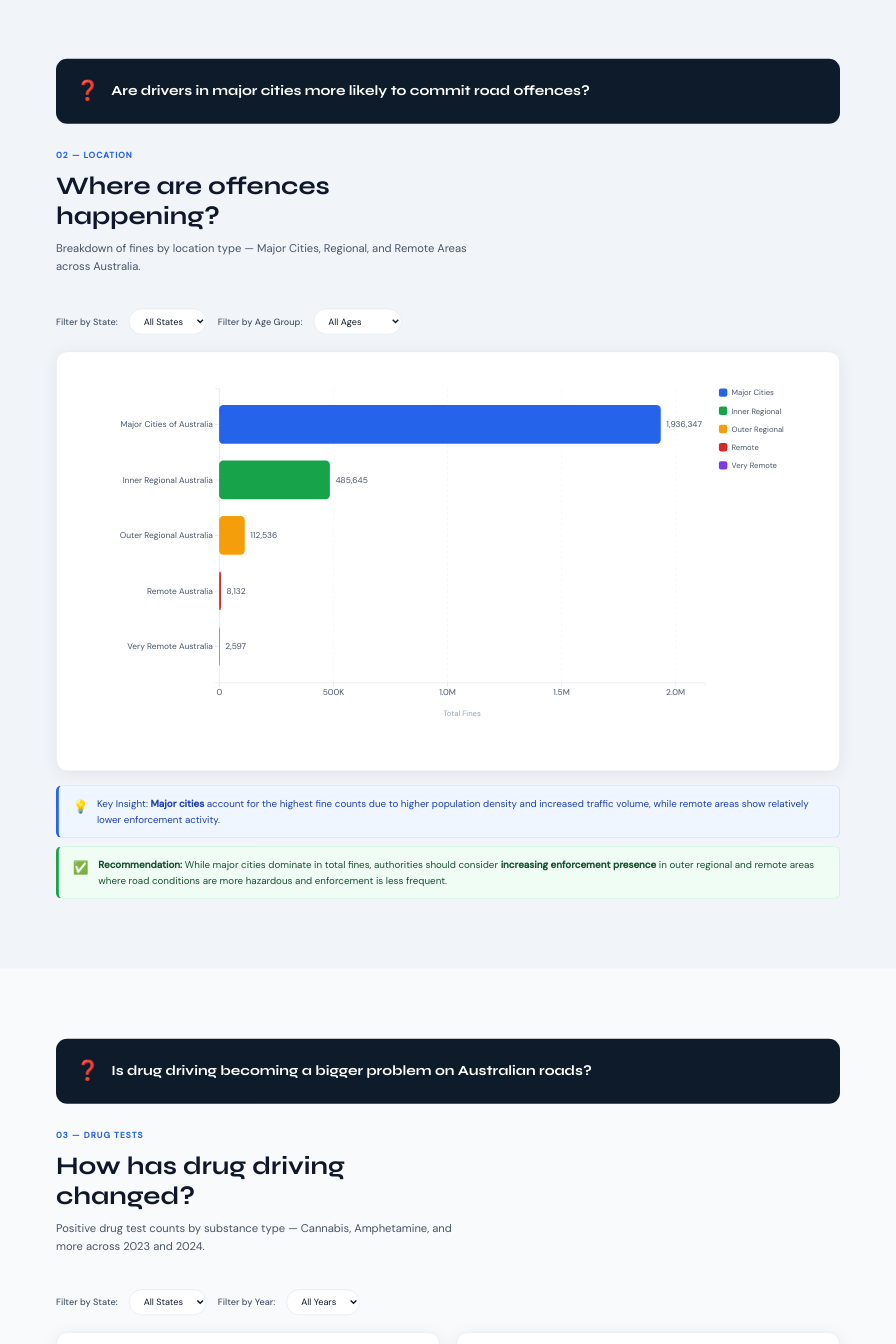
Repository: j26046183-hue/COS30045-GROUP-ASSIGNMENT
Page: index.html
The author's editor kept a copy of each file at every save. The page is drawn from the files as they stood at one save, then again after the next save.
The browser window is 1280 px wide. The pictures show the part of the page from y = 2217 to 4137 px (the page is 6620 px tall before and 6521 px after), at 70% of full size.

Above is the page before, as saved 2026-06-04 22:44:42.

### index.html
<!DOCTYPE html>
<html lang="en">
<head>
    <meta charset="UTF-8">
    <meta name="viewport" content="width=device-width, initial-scale=1.0">
    <title>Australian Road Safety Enforcement</title>
    <link href="https://fonts.googleapis.com/css2?family=Syne:wght@400;600;700;800&family=DM+Sans:wght@300;400;500&display=swap" rel="stylesheet">
    <script src="https://d3js.org/d3.v7.min.js"></script>
    <link rel="stylesheet" href="css/style.css">
</head>
<body>

    <!-- NAVBAR -->
    <nav id="navbar">
        <div class="nav-brand">
            <span class="brand-dot"></span>
            Police Enforcement
        </div>
        <ul class="nav-links">
            <li><a href="#intro">Home</a></li>
            <li><a href="#age-group">Age Group</a></li>
            <li><a href="#location">Location</a></li>
            <li><a href="#drug-tests">Drug Tests</a></li>
            <li><a href="#state">By State</a></li>
        </ul>
    </nav>

    <!-- SECTION 1 - HERO -->
    <section id="intro">
        <div class="hero-bg-grid"></div>
        <div class="hero-content">
            <div class="hero-tag">BITRE Road Safety Enforcement Data · 2024</div>
            <h1>Australian Road Safety<br><span class="highlight">Enforcement</span><br>Dashboard</h1>
            <p>Exploring enforcement data across fines, drug tests, and arrests — broken down by age, location, and state.</p>
            <a href="#age-group" class="btn-hero">Start Exploring <span class="arrow">↓</span></a>
        </div>
        <div class="hero-stats">
            <div class="hero-stat">
                <span class="stat-num">12,179</span>
                <span class="stat-label">Records analysed</span>
            </div>
            <div class="hero-stat">
                <span class="stat-num">8</span>
                <span class="stat-label">States & territories</span>
            </div>
            <div class="hero-stat">
                <span class="stat-num">5</span>
                <span class="stat-label">Age groups</span>
            </div>
            <div class="hero-stat">
                <span class="stat-num">2024</span>
                <span class="stat-label">Data year</span>
            </div>
        </div>
    </section>

    <!-- SECTION 2 - AGE GROUP -->
    <section id="age-group" class="chart-section">

        <!-- Story Question -->
        <div class="story-question">
            <span class="question-icon">❓</span>
            <h3>Are young drivers being fined more than other age groups?</h3>
        </div>

        <div class="section-header">
            <div class="section-tag">01 — Age Group</div>
            <p>Comparing fine counts across age groups and offence types across Australia. Select an offence type below to explore the data.</p>
        </div>

        <div class="chart-controls">
            <label>Filter by State:</label>
            <select id="age-state-filter">
                <option value="all">All States</option>
            </select>
            <label>Filter by Offence:</label>
            <select id="age-offence-filter"></select>
        </div>

        <div class="chart-card">
            <div id="age-group-chart"></div>
        </div>

        <div class="insight-box">
            <span class="insight-icon">💡</span>
            <span>Key Insight: Drivers aged <strong>40–64</strong> receive the highest total fines overall, however drivers aged <strong>17–25</strong> are disproportionately represented given their smaller share of the total driving population — suggesting young drivers pose a higher per-capita road risk.</span>
        </div>

        <div class="recommendation-box">
            <span class="rec-icon">✅</span>
            <div>
                <strong>Recommendation:</strong> Road safety authorities should implement <strong>targeted enforcement campaigns</strong> and awareness programs specifically aimed at drivers aged 17–25, particularly around speeding and mobile phone use, to reduce fine rates in this high-risk group.
            </div>
        </div>

    </section>

    <!-- SECTION 3 - LOCATION -->
    <section id="location" class="chart-section alt-bg">

        <!-- Story Question -->
        <div class="story-question">
            <span class="question-icon">❓</span>
            <h3>Are drivers in major cities more likely to commit road offences?</h3>
        </div>

        <div class="section-header">
            <div class="section-tag">02 — Location</div>
            <h2>Where are offences happening?</h2>
            <p>Breakdown of fines by location type — Major Cities, Regional, and Remote Areas across Australia.</p>
        </div>

        <div class="chart-controls">
            <label>Filter by State:</label>
            <select id="loc-state-filter">
                <option value="all">All States</option>
            </select>
            <label>Filter by Age Group:</label>
            <select id="loc-age-filter">
                <option value="all">All Ages</option>
            </select>
        </div>

        <div class="chart-card">
            <div id="location-chart"></div>
        </div>

        <div class="insight-box">
            <span class="insight-icon">💡</span>
            <span>Key Insight: <strong>Major cities</strong> account for the highest fine counts due to higher population density and increased traffic volume, while remote areas show relatively lower enforcement activity.</span>
        </div>

        <div class="recommendation-box">
            <span class="rec-icon">✅</span>
            <div>
                <strong>Recommendation:</strong> While major cities dominate in total fines, authorities should consider <strong>increasing enforcement presence</strong> in outer regional and remote areas where road conditions are more hazardous and enforcement is less frequent.
            </div>
        </div>

    </section>

    <!-- SECTION 4 - DRUG TESTS -->
    <section id="drug-tests" class="chart-section">

        <!-- Story Question -->
        <div class="story-question">
            <span class="question-icon">❓</span>
            <h3>Is drug driving becoming a bigger problem on Australian roads?</h3>
        </div>

        <div class="section-header">
            <div class="section-tag">03 — Drug Tests</div>
            <h2>How has drug driving changed?</h2>
            <p>Positive drug test counts by substance type — Cannabis, Amphetamine, and more across 2023 and 2024.</p>
        </div>

        <div class="chart-controls">
            <label>Filter by State:</label>
            <select id="drug-state-filter">
                <option value="all">All States</option>
            </select>
            <label>Filter by Year:</label>
            <select id="drug-year-filter">
                <option value="all">All Years</option>
                <option value="2023">2023</option>
                <option value="2024">2024</option>
            </select>
        </div>

        <div class="chart-two-col">
            <div class="chart-card">
                <h3 class="chart-title">Positive Tests Over Time</h3>
                <div id="drug-line-chart"></div>
            </div>
            <div class="chart-card">
                <h3 class="chart-title">Drug Type Breakdown</h3>
                <div id="drug-donut-chart"></div>
            </div>
        </div>

        <div class="insight-box">
            <span class="insight-icon">💡</span>
            <span>Key Insight: <strong>Amphetamine</strong> is the most commonly detected substance in positive drug tests, followed by Cannabis. Drug test numbers remain consistently high across both 2023 and 2024, indicating drug driving is an ongoing road safety concern.</span>
        </div>

        <div class="recommendation-box">
            <span class="rec-icon">✅</span>
            <div>
                <strong>Recommendation:</strong> Authorities should <strong>increase roadside drug testing frequency</strong>, particularly in states with high positive test rates, and focus public awareness campaigns on the dangers of driving under the influence of amphetamines and cannabis.
            </div>
        </div>

    </section>

    <!-- SECTION 5 - STATE -->
    <section id="state" class="chart-section alt-bg">

        <!-- Story Question -->
        <div class="story-question">
            <span class="question-icon">❓</span>
            <h3>Which Australian states have the highest road safety enforcement activity?</h3>
        </div>

        <div class="section-header">
            <div class="section-tag">04 — By State</div>
            <h2>How do states compare?</h2>
            <p>Total fines ranked by Australian state — filter by age group and offence type to explore patterns.</p>
        </div>

        <div class="chart-controls">
            <label>Filter by Age Group:</label>
            <select id="state-age-filter">
                <option value="all">All Ages</option>
            </select>
            <label>Filter by Offence:</label>
            <select id="state-metric-filter">
                <option value="all">All Offences</option>
            </select>
        </div>

        <div class="chart-card">
            <div id="state-chart"></div>
        </div>

        <div class="insight-box">
            <span class="insight-icon">💡</span>
            <span>Key Insight: <strong>NSW and VIC</strong> consistently lead in total fines due to their larger populations and higher traffic volumes, while smaller states like ACT and TAS record significantly lower enforcement numbers.</span>
        </div>

        <div class="recommendation-box">
            <span class="rec-icon">✅</span>
            <div>
                <strong>Recommendation:</strong> Smaller states should <strong>benchmark against NSW and VIC's enforcement strategies</strong> to identify gaps in road safety coverage. Population-adjusted fine rates should be used to more accurately compare enforcement effectiveness across states.
            </div>
        </div>

    </section>

    <!-- FOOTER -->
    <footer>
        <div class="footer-content">
            <div class="footer-brand">Police Enforcement</div>
            <p>Data sourced from the Bureau of Infrastructure and Transport Research Economics (BITRE), 2024.</p>
            <p>Built for COS30045 Data Visualisation · Swinburne University of Technology</p>
        </div>
    </footer>

    <script src="js/age-group.js"></script>
    <script src="js/location.js"></script>
    <script src="js/drug-tests.js"></script>
    <script src="js/state.js"></script>

</body>
</html>

### css/style.css
/* =====================
   CSS VARIABLES
===================== */
:root {
    --navy: #0d1b2a;
    --navy-light: #1b2d42;
    --blue: #2563eb;
    --blue-light: #3b82f6;
    --accent: #f97316;
    --white: #ffffff;
    --off-white: #f8fafc;
    --gray-100: #f1f5f9;
    --gray-200: #e2e8f0;
    --gray-400: #94a3b8;
    --gray-600: #475569;
    --gray-800: #1e293b;
    --text-primary: #0f172a;
    --text-secondary: #475569;
    --card-shadow: 0 4px 24px rgba(0,0,0,0.07);
    --radius: 16px;
    --radius-sm: 8px;
}

/* =====================
   RESET & BASE
===================== */
* {
    margin: 0;
    padding: 0;
    box-sizing: border-box;
}

html {
    scroll-behavior: smooth;
}

body {
    font-family: 'DM Sans', sans-serif;
    color: var(--text-primary);
    background: var(--off-white);
    line-height: 1.6;
}

/* =====================
   NAVBAR
===================== */
#navbar {
    position: fixed;
    top: 0;
    left: 0;
    right: 0;
    background: rgba(13, 27, 42, 0.95);
    backdrop-filter: blur(12px);
    padding: 16px 48px;
    display: flex;
    align-items: center;
    justify-content: space-between;
    z-index: 1000;
    border-bottom: 1px solid rgba(255,255,255,0.08);
}

.nav-brand {
    color: var(--white);
    font-family: 'Syne', sans-serif;
    font-size: 18px;
    font-weight: 700;
    display: flex;
    align-items: center;
    gap: 10px;
}

.brand-dot {
    width: 10px;
    height: 10px;
    border-radius: 50%;
    background: var(--accent);
    display: inline-block;
}

.nav-links {
    list-style: none;
    display: flex;
    gap: 32px;
}

.nav-links a {
    color: var(--gray-400);
    text-decoration: none;
    font-size: 14px;
    font-weight: 400;
    transition: color 0.2s;
    letter-spacing: 0.3px;
}

.nav-links a:hover {
    color: var(--white);
}

/* =====================
   HERO SECTION
===================== */
#intro {
    min-height: 100vh;
    background: var(--navy);
    display: flex;
    flex-direction: column;
    align-items: center;
    justify-content: center;
    padding: 120px 48px 60px;
    position: relative;
    overflow: hidden;
    text-align: center;
}

.hero-bg-grid {
    position: absolute;
    inset: 0;
    background-image:
        linear-gradient(rgba(37,99,235,0.05) 1px, transparent 1px),
        linear-gradient(90deg, rgba(37,99,235,0.05) 1px, transparent 1px);
    background-size: 60px 60px;
    pointer-events: none;
}

.hero-content {
    position: relative;
    z-index: 1;
    max-width: 800px;
}

.hero-tag {
    display: inline-block;
    background: rgba(37,99,235,0.15);
    color: var(--blue-light);
    border: 1px solid rgba(37,99,235,0.3);
    padding: 6px 16px;
    border-radius: 100px;
    font-size: 13px;
    font-weight: 500;
    margin-bottom: 28px;
    letter-spacing: 0.5px;
}

#intro h1 {
    font-family: 'Syne', sans-serif;
    font-size: 56px;
    font-weight: 800;
    color: var(--white);
    line-height: 1.1;
    margin-bottom: 24px;
}

.highlight {
    color: var(--accent);
}

#intro p {
    font-size: 18px;
    color: var(--gray-400);
    margin-bottom: 40px;
    max-width: 560px;
    margin-left: auto;
    margin-right: auto;
}

.btn-hero {
    display: inline-flex;
    align-items: center;
    gap: 10px;
    background: var(--blue);
    color: white;
    padding: 14px 32px;
    border-radius: 100px;
    text-decoration: none;
    font-size: 16px;
    font-weight: 500;
    transition: background 0.2s, transform 0.2s;
}

.btn-hero:hover {
    background: var(--blue-light);
    transform: translateY(-2px);
}

.btn-hero .arrow {
    font-size: 18px;
}

.hero-stats {
    display: flex;
    gap: 0;
    margin-top: 80px;
    border: 1px solid rgba(255,255,255,0.08);
    border-radius: var(--radius);
    overflow: hidden;
    position: relative;
    z-index: 1;
}

.hero-stat {
    flex: 1;
    padding: 28px 32px;
    border-right: 1px solid rgba(255,255,255,0.08);
    text-align: center;
}

.hero-stat:last-child {
    border-right: none;
}

.stat-num {
    display: block;
    font-family: 'Syne', sans-serif;
    font-size: 32px;
    font-weight: 700;
    color: var(--white);
    margin-bottom: 4px;
}

.stat-label {
    display: block;
    font-size: 12px;
    color: var(--gray-400);
    letter-spacing: 0.5px;
    text-transform: uppercase;
}

/* =====================
   CHART SECTIONS
===================== */
.chart-section {
    padding: 100px 80px;
    min-height: 100vh;
}

.alt-bg {
    background: var(--gray-100);
}

.section-header {
    max-width: 600px;
    margin-bottom: 48px;
}

.section-tag {
    font-size: 12px;
    font-weight: 600;
    color: var(--blue);
    letter-spacing: 1.5px;
    text-transform: uppercase;
    margin-bottom: 12px;
}

.chart-section h2 {
    font-family: 'Syne', sans-serif;
    font-size: 36px;
    font-weight: 700;
    color: var(--text-primary);
    margin-bottom: 12px;
    line-height: 1.2;
}

.chart-section p {
    font-size: 16px;
    color: var(--text-secondary);
}

/* =====================
   CHART CONTROLS
===================== */
.chart-controls {
    display: flex;
    align-items: center;
    gap: 16px;
    margin-bottom: 24px;
    flex-wrap: wrap;
}

.chart-controls label {
    font-size: 13px;
    font-weight: 500;
    color: var(--text-secondary);
}

.chart-controls select {
    padding: 8px 16px;
    border: 1px solid var(--gray-200);
    border-radius: 100px;
    font-size: 13px;
    font-family: 'DM Sans', sans-serif;
    color: var(--text-primary);
    background: white;
    cursor: pointer;
    outline: none;
    transition: border 0.2s;
}

.chart-controls select:hover {
    border-color: var(--blue);
}

/* =====================
   CHART CARDS
===================== */
.chart-card {
    background: var(--white);
    border-radius: var(--radius);
    padding: 32px;
    box-shadow: var(--card-shadow);
    border: 1px solid var(--gray-200);
    margin-bottom: 20px;
    min-height: 600px;
}

.chart-two-col {
    display: grid;
    grid-template-columns: 1fr 1fr;
    gap: 24px;
    margin-bottom: 20px;
}

.chart-title {
    font-family: 'Syne', sans-serif;
    font-size: 16px;
    font-weight: 600;
    color: var(--text-primary);
    margin-bottom: 20px;
}

/* =====================
   INSIGHT BOX
===================== */
.insight-box {
    display: flex;
    align-items: flex-start;
    gap: 12px;
    background: #eff6ff;
    border: 1px solid #bfdbfe;
    border-left: 4px solid var(--blue);
    border-radius: var(--radius-sm);
    padding: 14px 20px;
    font-size: 14px;
    color: #1e40af;
    line-height: 1.6;
    margin-bottom: 12px;
}

.insight-icon {
    font-size: 18px;
    flex-shrink: 0;
    margin-top: 2px;
}

/* =====================
   STORY QUESTION
===================== */
.story-question {
    display: flex;
    align-items: center;
    gap: 16px;
    background: var(--navy);
    border-radius: var(--radius);
    padding: 24px 28px;
    margin-bottom: 36px;
}

.question-icon {
    font-size: 28px;
    flex-shrink: 0;
}

.story-question h3 {
    font-family: 'Syne', sans-serif;
    font-size: 20px;
    font-weight: 700;
    color: var(--white);
    line-height: 1.3;
}

/* =====================
   RECOMMENDATION BOX
===================== */
.recommendation-box {
    display: flex;
    align-items: flex-start;
    gap: 14px;
    background: #f0fdf4;
    border: 1px solid #bbf7d0;
    border-left: 4px solid #16a34a;
    border-radius: var(--radius-sm);
    padding: 14px 20px;
    font-size: 14px;
    color: #14532d;
    line-height: 1.6;
    margin-top: 12px;
}

.rec-icon {
    font-size: 18px;
    flex-shrink: 0;
    margin-top: 2px;
}

/* =====================
   FOOTER
===================== */
footer {
    background: var(--navy);
    padding: 60px 80px;
    text-align: center;
}

.footer-brand {
    font-family: 'Syne', sans-serif;
    font-size: 20px;
    font-weight: 700;
    color: var(--white);
    margin-bottom: 16px;
}

footer p {
    font-size: 13px;
    color: var(--gray-400);
    margin-bottom: 6px;
}

/* =====================
   D3 CHART STYLES
===================== */
.axis path,
.axis line {
    stroke: var(--gray-200);
}

.axis text {
    fill: var(--text-secondary);
    font-family: 'DM Sans', sans-serif;
    font-size: 12px;
}

.tooltip {
    position: absolute;
    background: var(--navy);
    color: white;
    padding: 10px 16px;
    border-radius: var(--radius-sm);
    font-size: 13px;
    font-family: 'DM Sans', sans-serif;
    pointer-events: none;
    opacity: 0;
    transition: opacity 0.2s;
    box-shadow: 0 8px 24px rgba(0,0,0,0.2);
    z-index: 9999;
}

/* =====================
   RESPONSIVE
===================== */
@media (max-width: 900px) {
    #navbar { padding: 14px 24px; }
    .nav-links { gap: 16px; }
    #intro h1 { font-size: 36px; }
    .chart-section { padding: 80px 24px; }
    .hero-stats { flex-direction: column; }
    .hero-stat { border-right: none; border-bottom: 1px solid rgba(255,255,255,0.08); }
    .chart-two-col { grid-template-columns: 1fr; }
}

Loaded but not shown: js/location.js (241 lines, source omitted); js/age-group.js (192 lines, source omitted); js/state.js (193 lines, source omitted); js/drug-tests.js (no stored copy; drawn as an empty file)

After the next save:
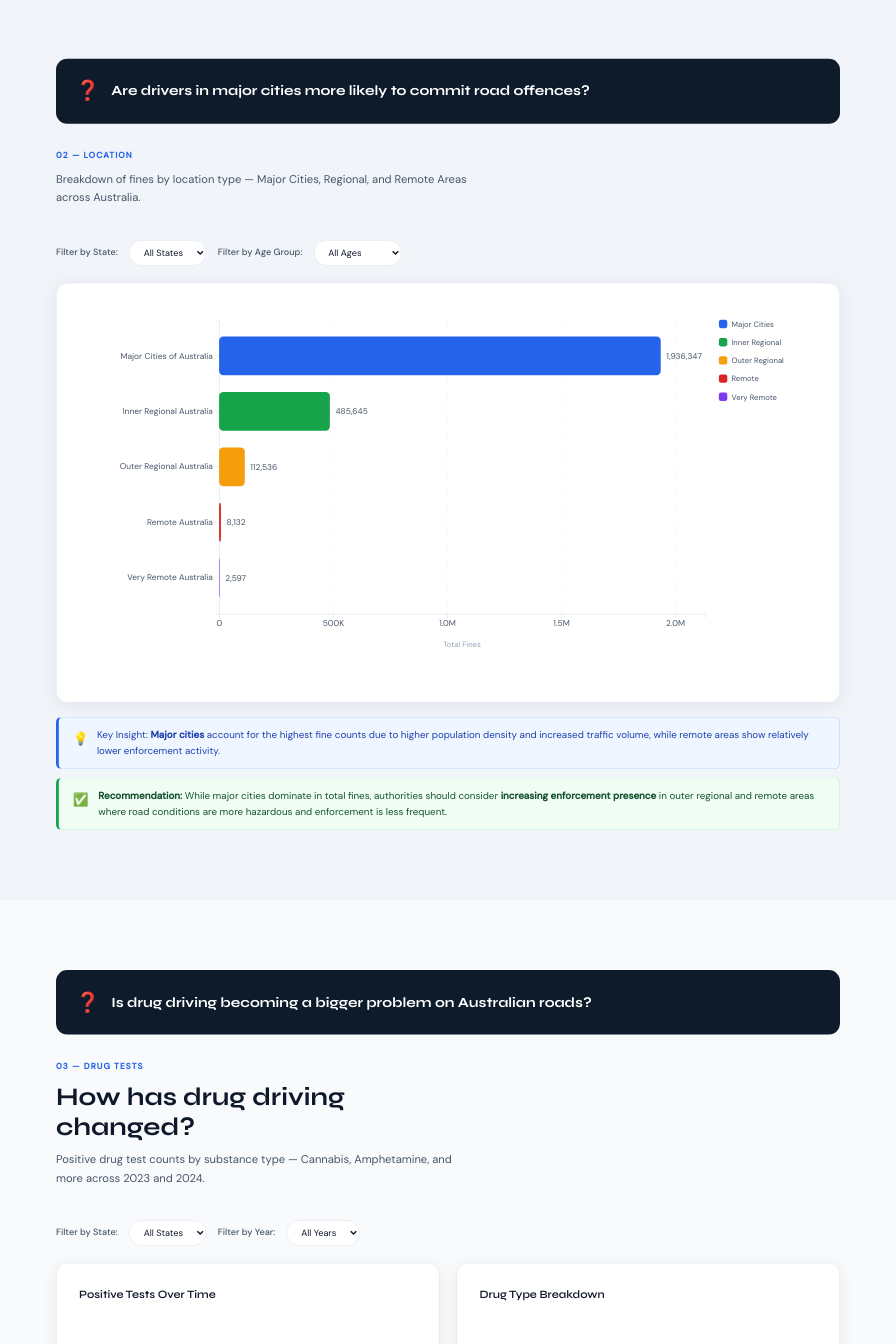
Saved 38 s later.
--- a/index.html
+++ b/index.html
@@ -106,7 +106,6 @@
 
         <div class="section-header">
             <div class="section-tag">02 — Location</div>
-            <h2>Where are offences happening?</h2>
             <p>Breakdown of fines by location type — Major Cities, Regional, and Remote Areas across Australia.</p>
         </div>
 
